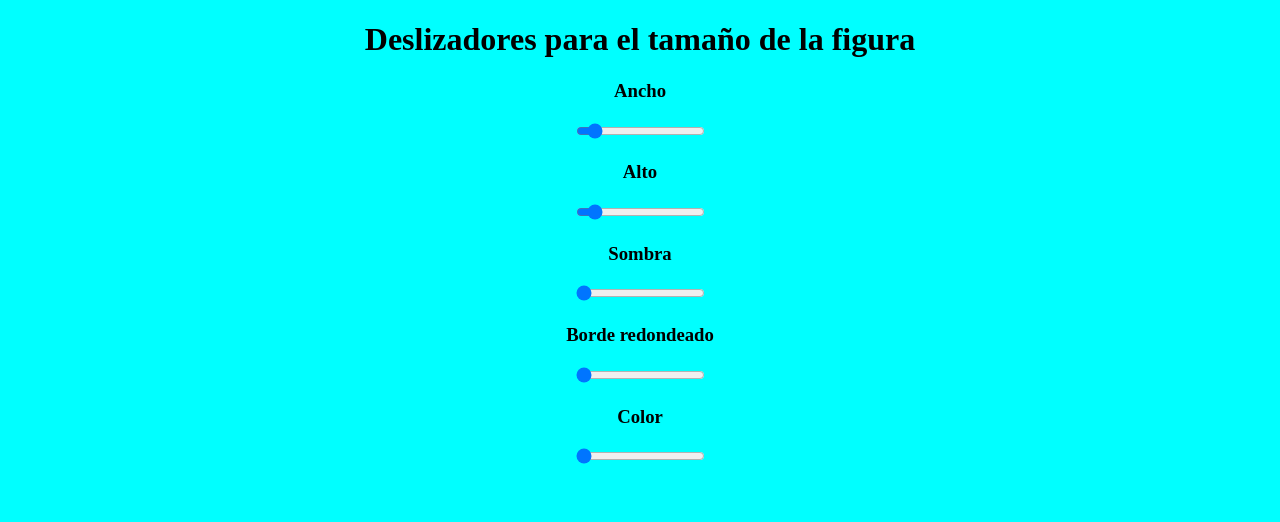
Repository: Kevin8548/Ejercicios-DOM
Page: Deslizador.html
The author's editor kept a copy of each file at every save. The page is drawn from the files as they stood at one save, then again after the next save.
The browser window is 1280 px wide. The pictures show the whole page.

Above is the page before, as saved 2024-10-08 12:35:07.

After the next save:
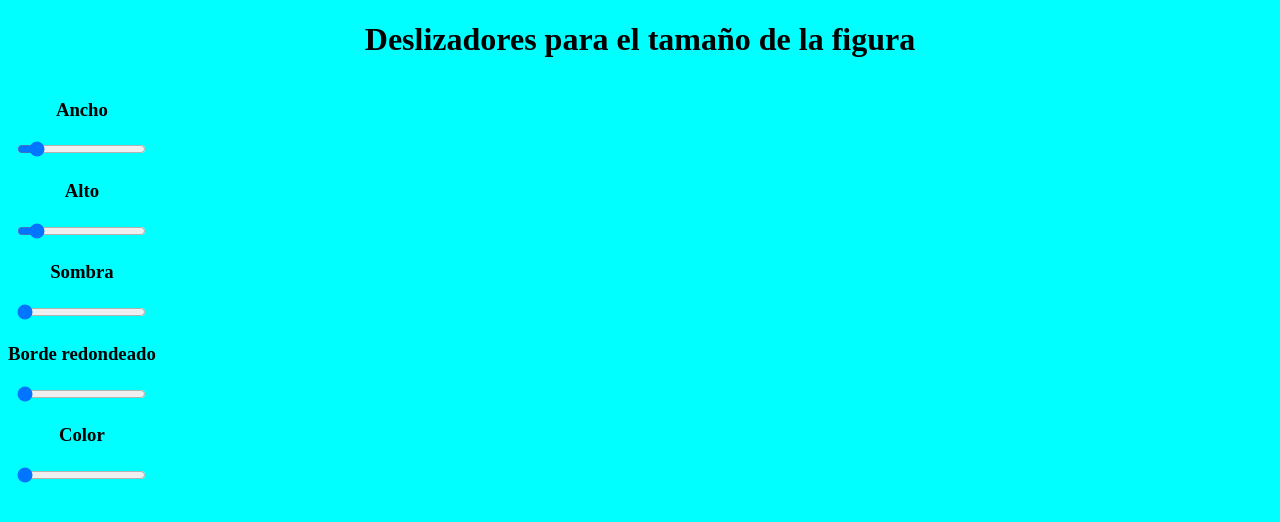
Saved 69 s later.
--- a/deslizadores.css
+++ b/deslizadores.css
@@ -11,5 +11,5 @@ body {
 }
 
 .si{
-    align-items: self-start;
+    float:left
 }
